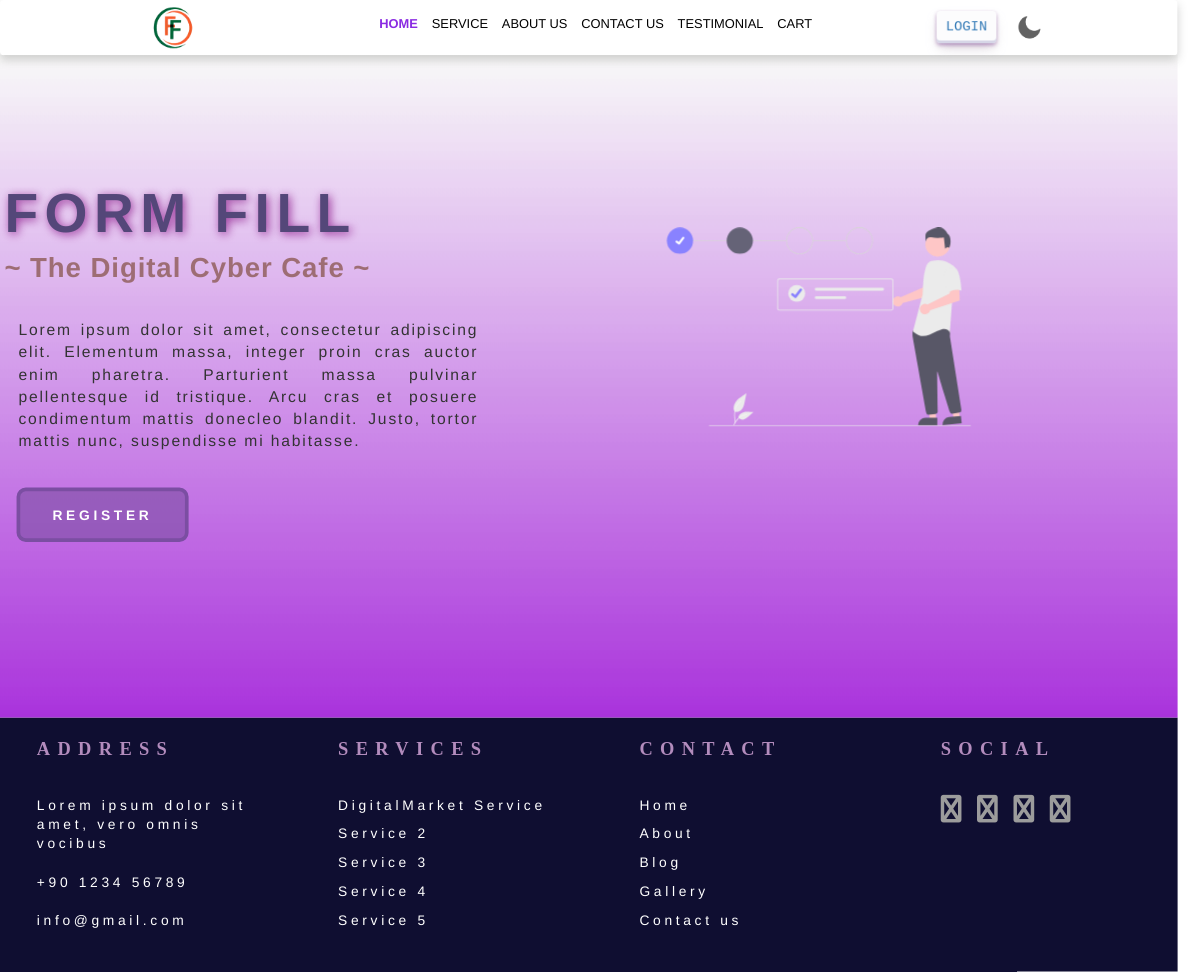
Repository: codervivek5/Formfil
Page: index.html
The author's editor kept a copy of each file at every save. The page is drawn from the files as they stood at one save, then again after the next save.
The browser window is 1280 px wide. The page is 1295 px wide, so the pictures cover 1295 px, including what lies to the right of the window. The pictures show the whole page, at 92% of full size.
Some web fonts or font styles are not loaded; a fallback is used.

Above is the page before, as saved 2023-03-04 21:41:57.

After the next save:
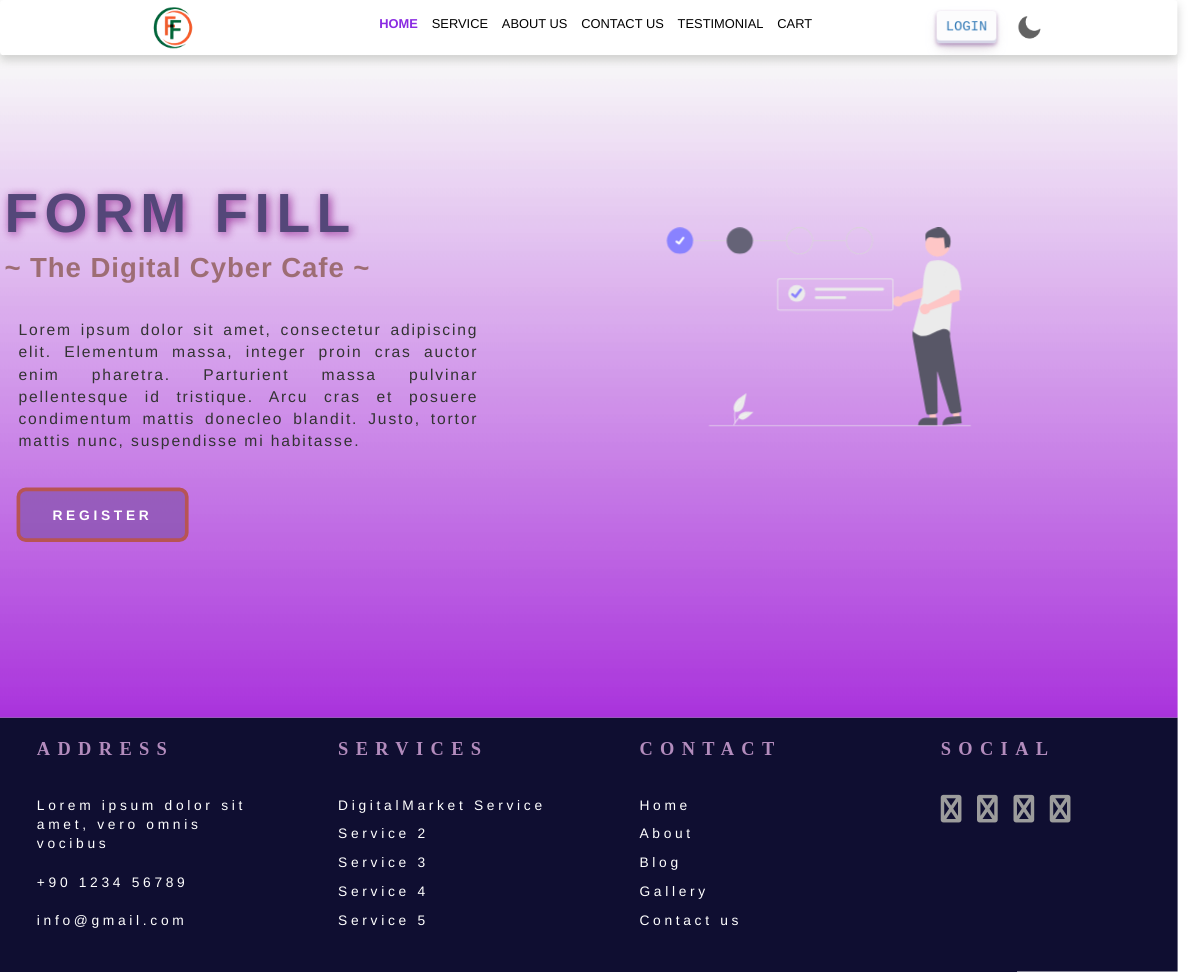
Saved 82 s later.
--- a/style/style.css
+++ b/style/style.css
@@ -237,6 +237,7 @@ overflow-x: hidden;
     border: none;
     background-color: rgba(90, 34, 139,0.6) !important;
     border: 4px solid rgba(90, 34, 139);
+    border: 4px solid brown;
     color: white !important;
     font-weight: bold !important;
     letter-spacing: 4px;
